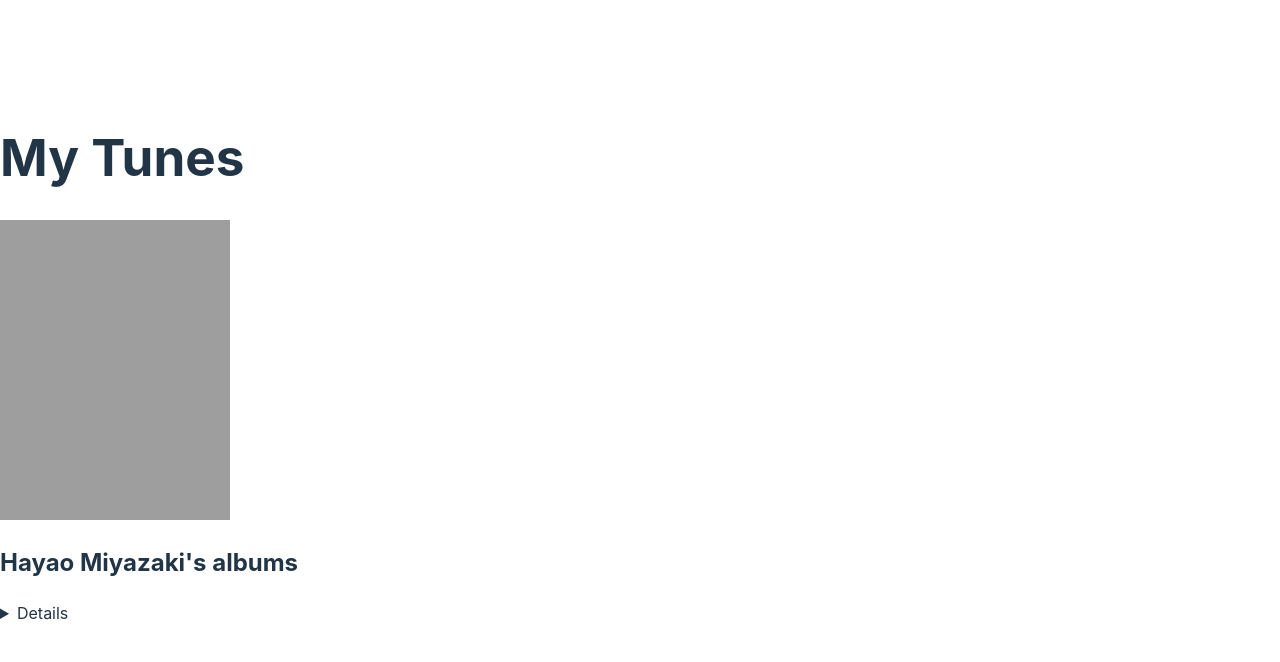
Repository: SamanthaYan298/my_app
Page: /
An editor plug-in stored every save of this project. The page is shown before and after a run of saves, followed by the edit.
The browser window is 1280 px wide. The pictures show the whole page.
Pictures or frames that could not be fetched are drawn as grey boxes. The project was rebuilt for these pictures with package versions that can differ from the ones it lists, and the page was loaded fresh each time. Also part of the build but not shown: vite.config.js.

Above is the page before, as saved 2024-09-12 15:25:14.

After the next 2 saves:
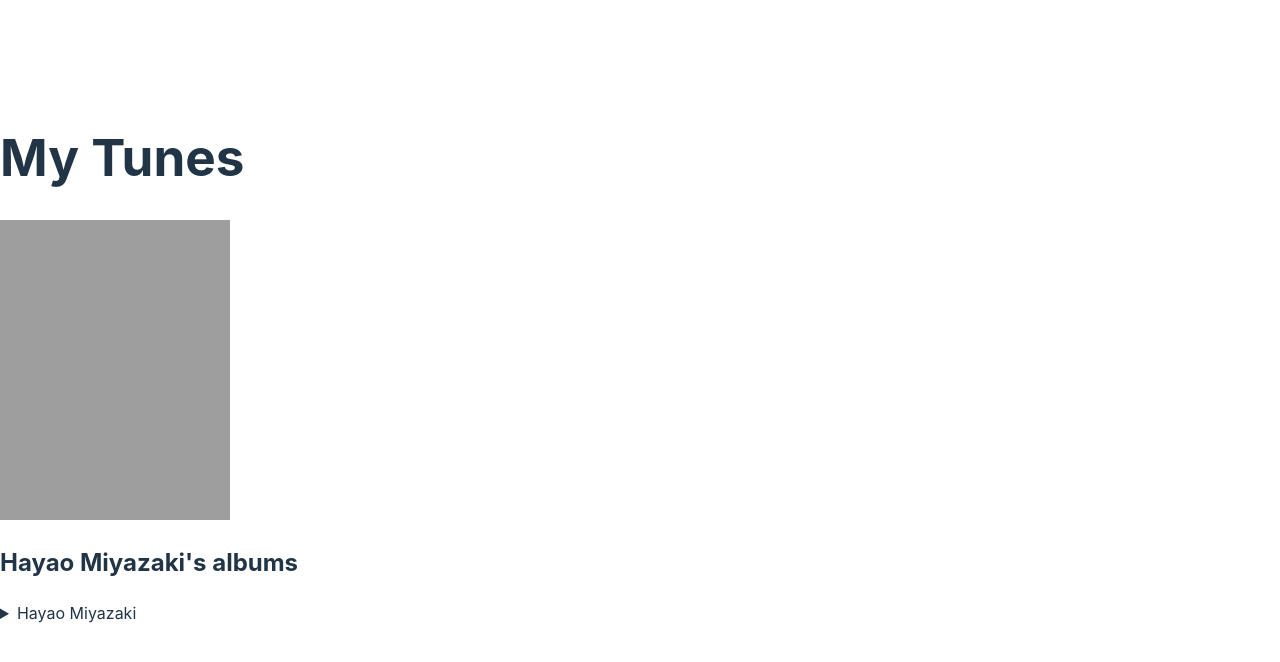
The 2 saves are shown as one change because 1 did not build or start.
The last was saved 6 min 6 s later.
--- a/src/App.jsx
+++ b/src/App.jsx
@@ -9,7 +9,9 @@
         </div>
         <div>
           <h2>Hayao Miyazaki's albums</h2>
-          <details>Hayao Miyazaki</details>
+          <details>
+            <summary>Hayao Miyazaki</summary>
+          </details>
         </div>
       </div>
     </>
